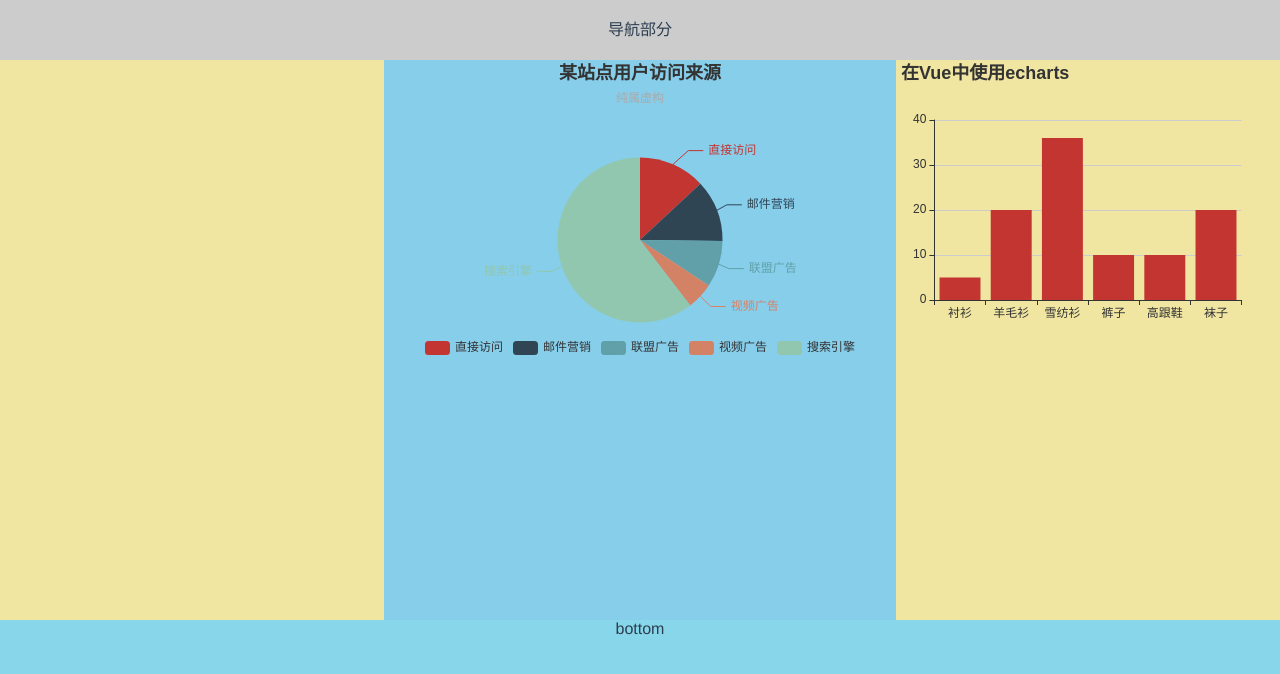
Repository: nyy-2017/vue-echarts
Page: /
An editor plug-in stored every save of this project. The page is shown before and after the next save, followed by the edit.
The browser window is 1280 px wide. The pictures show the whole page.
The project was rebuilt for these pictures with package versions that can differ from the ones it lists, and the page was loaded fresh each time.

Above is the page before, as saved 2019-07-09 09:38:12.

### src/main.js
import Vue from 'vue'
import App from './App'
import router from './router'
// 引入echarts
import echarts from 'echarts'

Vue.prototype.$echarts = echarts

Vue.config.productionTip = false

/* eslint-disable no-new */
new Vue({
  el: '#app',
  router,
  render: h => h(App)
})

### src/components/HelloWorld.vue
<template>
    <div id="all">
      <div class="contains">
        <div id="top">导航部分</div>
        <div id="content">
            <div class="left">
            </div>
            <div class="center">
              <myEcharts></myEcharts>
            </div>
            <div class="right">
              <div id="myChart" :style="{width: '100%', height: '300px'}"></div>
            </div>
        </div>
        <div id="bottom">bottom</div>
      </div>
    </div>
</template>


<script>
import myEcharts from "../demo/myEcharts.vue"
// 引入基本模板
let echarts = require('echarts/lib/echarts')
// 引入柱状图组件
require('echarts/lib/chart/bar')
// 引入提示框和title组件
require('echarts/lib/component/tooltip')
require('echarts/lib/component/title')
export default {
  components: {
    myEcharts
  },
  data () {
    return {
    }
  },
  methods:{

    drawLine(){
            // 基于准备好的dom，初始化echarts实例
            let myChart = this.$echarts.init(document.getElementById('myChart'))
            // 绘制图表
            myChart.setOption({
                title: { text: '在Vue中使用echarts' },
                tooltip: {},
                xAxis: {
                    data: ["衬衫","羊毛衫","雪纺衫","裤子","高跟鞋","袜子"]
                },
                yAxis: {},
                series: [{
                    name: '销量',
                    type: 'bar',
                    data: [5, 20, 36, 10, 10, 20]
                }]
            });
        }
  },
  created(){
  },
  mounted(){
    this.drawLine();
  },
}
</script>


<style>
#chart{
 display:flex;
 }
#all{
   margin:0;
   padding:0;
   width: 100%;
   height: 100%;
 }
 .contains{
   width: 100%;
   min-width: 500px;
 }
#top{
    position:absolute;
    top:0;
    left:0;
    background-color:#ccc;
    height:60px;
    line-height: 60px;
    width:100%;
    z-index:100;
}
#bottom{
    position:absolute;
    bottom:0;
    left:0;
    background-color:#88D6E9;
    height:100px;
    width:100%;
    z-index:100;
}

#content{
    position:absolute;
    width:100%;
    overflow:auto;
    background-color:#F0E6A2;
    bottom:100px;
    top:60px;
    left: 0;
    right: 0;
    z-index:90;
    display: flex;
    flex-direction: row;
}
  .left{
    width: 30%;
    height: 100%;
  }
  .center{
    width: 40%;
    height: 100%;
    background-color: skyblue;

  }
  .right{
    width: 30%;
    height: 100%;
  }
</style>

### src/demo/myEcharts.vue
<template>
    <div class="pie">
        <div id="pie1">
            <!-- 为 ECharts 准备一个具备大小（宽高）的 DOM -->
            <div id="main1" style="float:left;width:100%;height: 300px"></div>
        </div>
        <div id="pie2">
            <div id="main2" style="float:left;width:100%;height: 300px"></div>
        </div>
    </div>
</template>

<script>
    var echarts = require('echarts');

    export default {
        data() {
            return {
                // 数据
                data1: [],
            }
        },
        mounted() {
            this.initData();
        },
        methods: {
            //初始化数据
            initData() {
                var myChart = echarts.init(document.getElementById('main1'));
                window.onresize = myChart.resize
                // 绘制图表
                myChart.setOption({
                    title : {
                        text: '某站点用户访问来源',
                        subtext: '纯属虚构',
                        x:'center'
                    },
                    tooltip : {
                        trigger: 'item',
                        formatter: "{a} <br/>{b} : {c} ({d}%)"
                    },
                    legend: {
                        orient: 'vertical',
                        bottom: 'bottom',
                        data: ['直接访问','邮件营销','联盟广告','视频广告','搜索引擎']
                    },
                    series : [
                        {
                            name: '访问来源',
                            type: 'pie',
                            radius : '55%',
                            center: ['50%', '60%'],
                            data:[
                                {value:335, name:'直接访问'},
                                {value:310, name:'邮件营销'},
                                {value:234, name:'联盟广告'},
                                {value:135, name:'视频广告'},
                                {value:1548, name:'搜索引擎'}
                            ],
                            itemStyle: {
                                emphasis: {
                                    shadowBlur: 10,
                                    shadowOffsetX: 0,
                                    shadowColor: 'rgba(0, 0, 0, 0.5)'
                                }
                            }
                        }
                    ]
                });

            },
        }
    }
</script>

Loaded but not shown: src/App.vue (common file); src/router/index.js (common file)

After the next save:
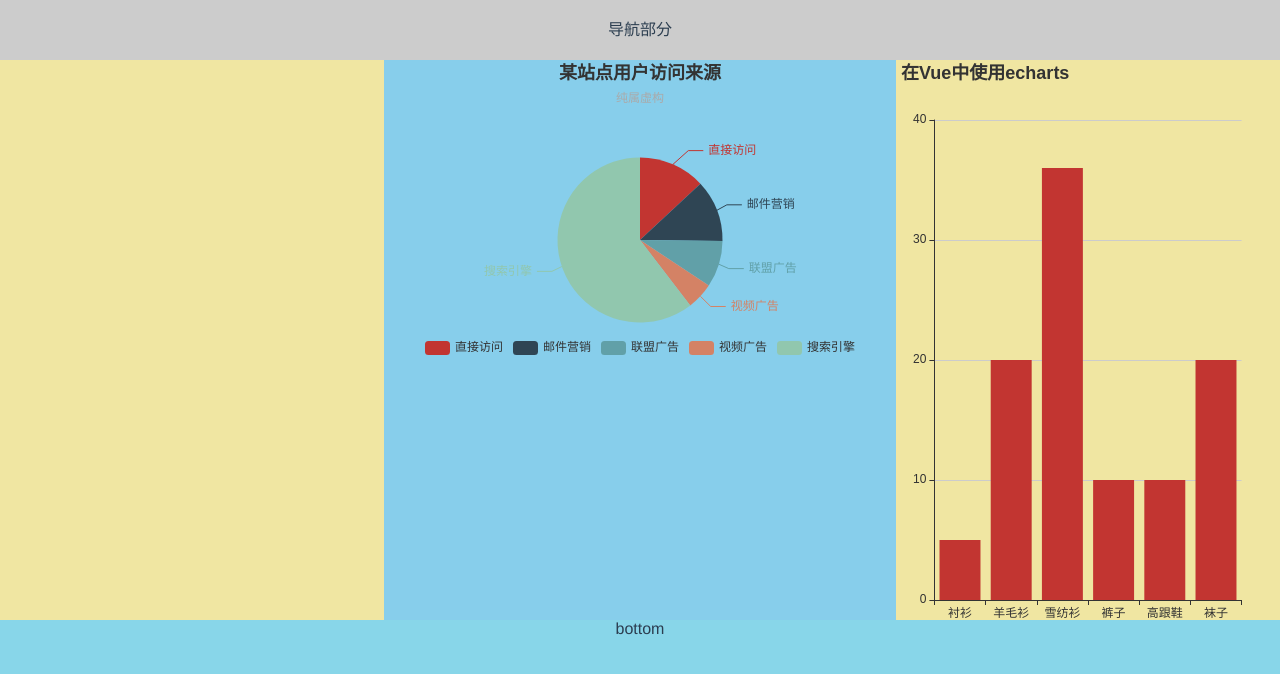
Saved 23 s later.
--- a/src/components/HelloWorld.vue
+++ b/src/components/HelloWorld.vue
@@ -9,7 +9,7 @@
               <myEcharts></myEcharts>
             </div>
             <div class="right">
-              <div id="myChart" :style="{width: '100%', height: '300px'}"></div>
+              <div id="myChart" :style="{width: '100%', height: '600px'}"></div>
             </div>
         </div>
         <div id="bottom">bottom</div>
